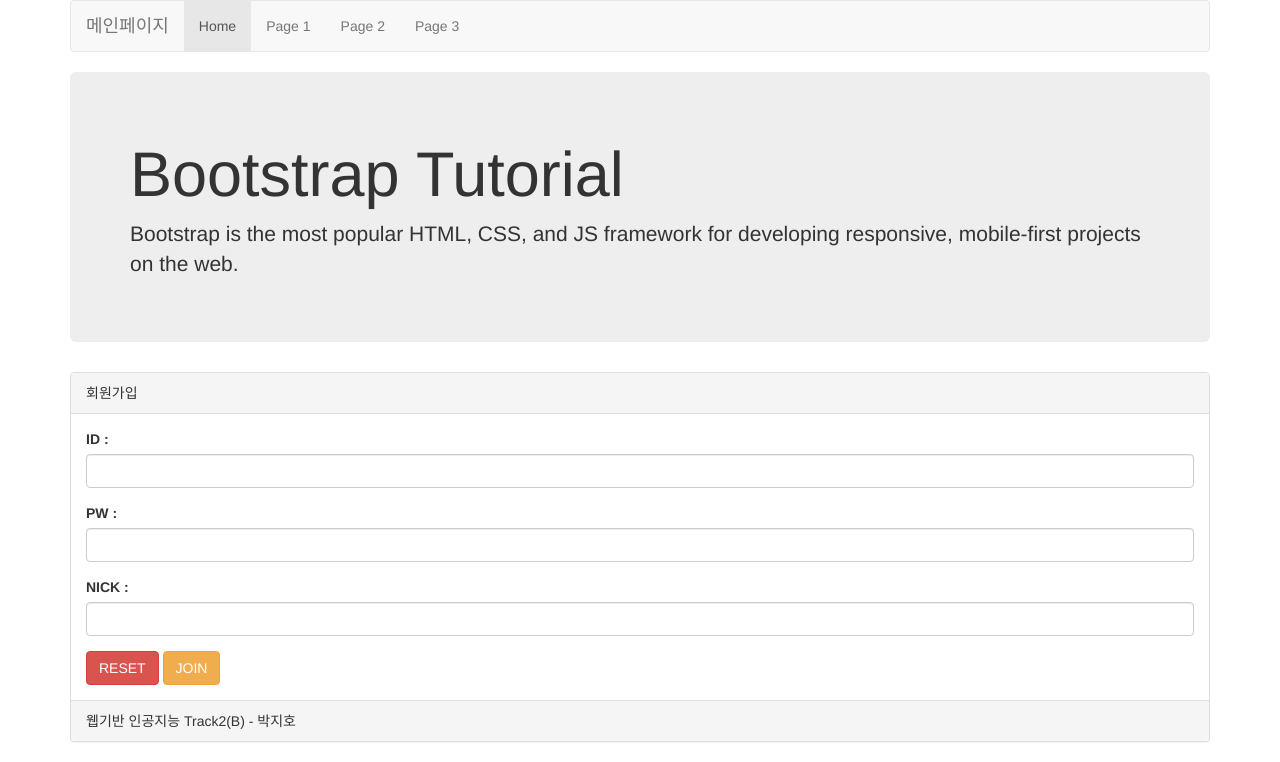
Repository: Jipumpkin/WebServer
Page: http://localhost/FrontCommandPattern/main.jsp
The author's editor kept a copy of each file at every save. The page is drawn from the files as they stood at one save, then again after the next save.
The browser window is 1280 px wide. The pictures show the whole page.
The page is served by Tomcat 9. Other server files are loaded and not shown.

Above is the page before, as saved 2024-08-20 03:10:15.

### FrontCommandPattern/src/main/webapp/main.jsp
<%@ page language="java" contentType="text/html; charset=EUC-KR"
    pageEncoding="EUC-KR"%>
<!DOCTYPE html>
<html>
<head>
<meta charset="EUC-KR">
<title>Insert title here</title>
<link rel="stylesheet" href="https://maxcdn.bootstrapcdn.com/bootstrap/3.4.1/css/bootstrap.min.css">
<script src="https://ajax.googleapis.com/ajax/libs/jquery/3.7.1/jquery.min.js"></script>
<script src="https://maxcdn.bootstrapcdn.com/bootstrap/3.4.1/js/bootstrap.min.js"></script>
</head>
<body>
	<div class="container">

		<nav class="navbar navbar-default">
		  <div class="container-fluid">
		    <div class="navbar-header">
		      <a class="navbar-brand" href="#">메인페이지</a>
		    </div>
		    <ul class="nav navbar-nav">
		      <li class="active"><a href="#">Home</a></li>
		      <li><a href="#">Page 1</a></li>
		      <li><a href="#">Page 2</a></li>
		      <li><a href="#">Page 3</a></li>
		    </ul>
		  </div>
		</nav>

	    <div class="jumbotron">
		    <h1>Bootstrap Tutorial</h1>
		    <p>Bootstrap is the most popular HTML, CSS, and JS framework for developing
		    responsive, mobile-first projects on the web.</p>
	  	</div>

	 	<div class="panel panel-default">
		    <div class="panel-heading">회원가입</div>

		    <div class="panel-body">

				<form action="JoinController" method="post">
				  <div class="form-group">
				    <label for="id">ID : </label>
				    <input type="text" class="form-control" id="id" name="id">
				  </div>
				  <div class="form-group">
				    <label for="pwd"> PW : </label>
				    <input type="password" class="form-control" id="pwd" name="pw">
				  </div>
				  <div class="form-group">
				    <label for="nick"> NICK : </label>
				    <input type="text" class="form-control" id="nick" name="nick">
				  </div>
				  <button type="reset" class="btn btn-danger">RESET</button>
				  <button type="submit" class="btn btn-warning">JOIN</button>
				</form>

		    </div>

		    <div class="panel-footer">웹기반 인공지능 Track2(B) - 박지호</div>
	  	</div>
	</div>

</body>
</html>

After the next save:
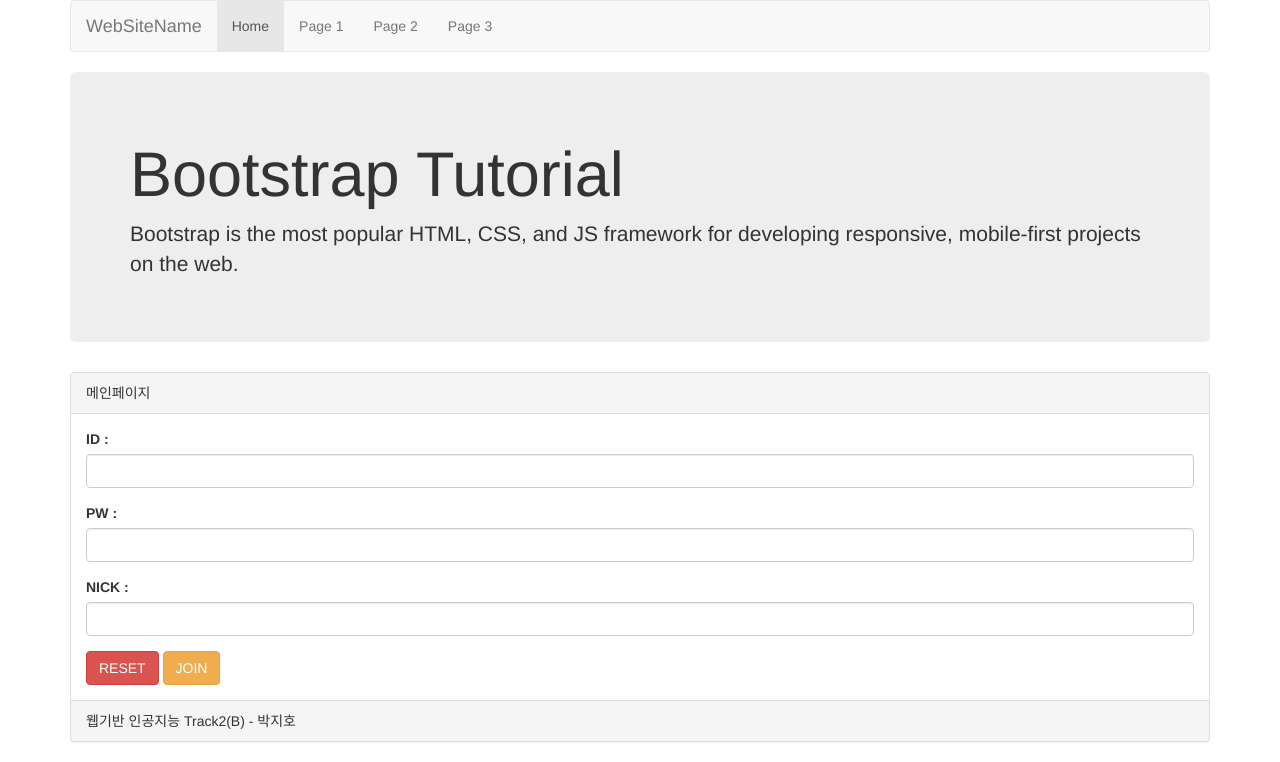
Saved 19 s later.
--- a/FrontCommandPattern/src/main/webapp/main.jsp
+++ b/FrontCommandPattern/src/main/webapp/main.jsp
@@ -15,7 +15,7 @@
 		<nav class="navbar navbar-default">
 		  <div class="container-fluid">
 		    <div class="navbar-header">
-		      <a class="navbar-brand" href="#">메인페이지</a>
+		      <a class="navbar-brand" href="#">WebSiteName</a>
 		    </div>
 		    <ul class="nav navbar-nav">
 		      <li class="active"><a href="#">Home</a></li>
@@ -33,7 +33,7 @@
 	  	</div>
 
 	 	<div class="panel panel-default">
-		    <div class="panel-heading">회원가입</div>
+		    <div class="panel-heading">메인페이지</div>
 
 		    <div class="panel-body">
 
